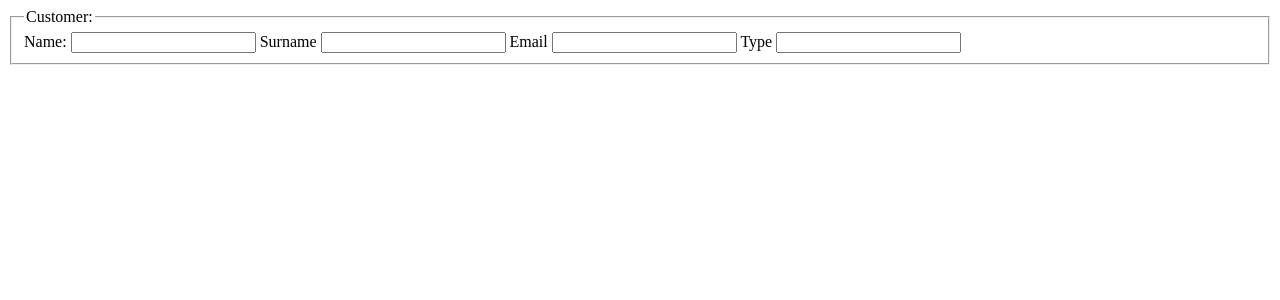
Repository: wisni4k/html-trainee
Page: testWeb/WebContent/Formularz.html
These files come from the project's save history. The page is drawn as it stood at one moment and after the next save; the edit follows.
The browser window is 1280 px wide. The pictures show the whole page.

Above is the page before, as saved 2015-07-10 11:26:27.

### testWeb/WebContent/Formularz.html
<!DOCTYPE html>
<html>
<head>
<meta charset="UTF-8">
<title>Insert title here</title>
</head>
<body>

	<form>
		<fieldset>
			<legend>Customer:</legend>
			Name: <input type="text">
			Surname <input type="text">
			Email <input type="text">
			Type <input type="text">
		</fieldset>
	</form>


</body>
</html>

After the next save:
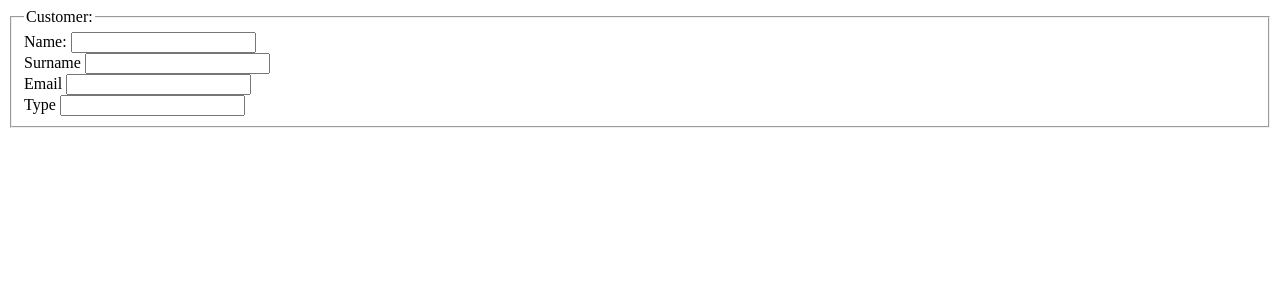
Saved 9 s later.
--- a/testWeb/WebContent/Formularz.html
+++ b/testWeb/WebContent/Formularz.html
@@ -9,9 +9,9 @@
 	<form>
 		<fieldset>
 			<legend>Customer:</legend>
-			Name: <input type="text">
-			Surname <input type="text">
-			Email <input type="text">
+			Name: <input type="text"><br>
+			Surname <input type="text"><br>
+			Email <input type="text"><br>
 			Type <input type="text">
 		</fieldset>
 	</form>
